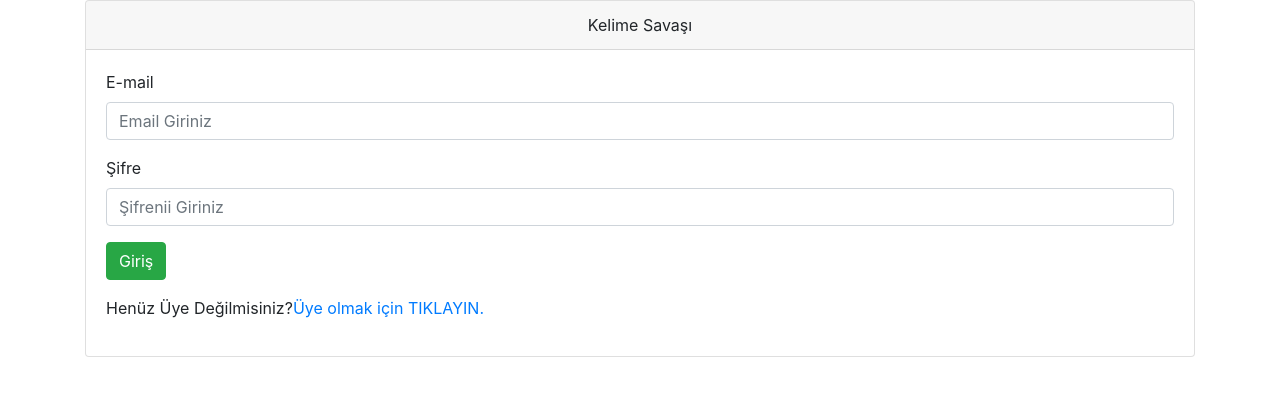
Repository: triapost/kelimeapp
Page: /login
An editor plug-in stored every save of this project. The page is shown before and after the next save, followed by the edit.
The browser window is 1280 px wide. The pictures show the whole page.
The project was rebuilt for these pictures with package versions that can differ from the ones it lists, and the page was loaded fresh each time. Also part of the build but not shown: src/pages/auth/Register.js, src/pages/home/Home.js.

Above is the page before, as saved 2020-09-15 22:30:57.

After the next save:
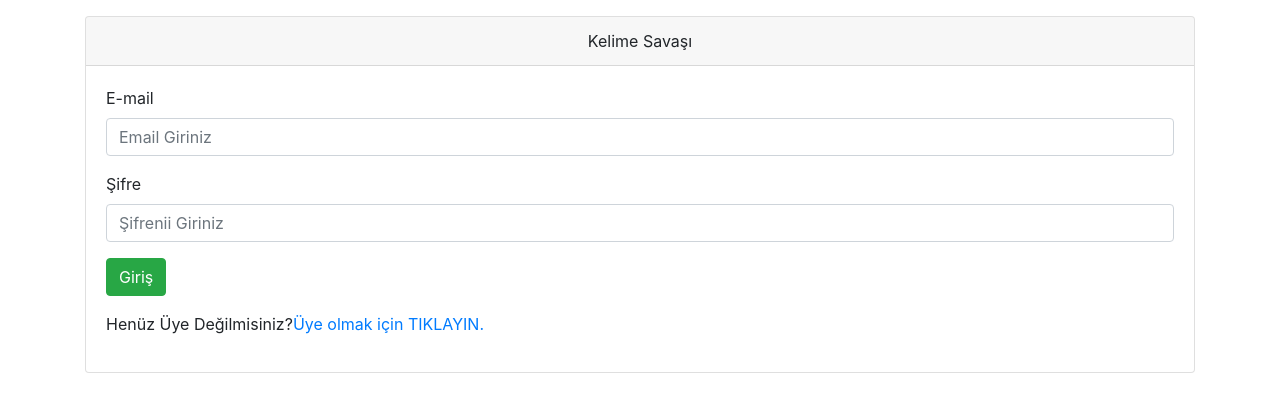
Saved 7 s later.
--- a/src/pages/auth/Login.js
+++ b/src/pages/auth/Login.js
@@ -4,7 +4,7 @@ import { Link } from "react-router-dom";
 const Login = () => {
   return (
     <div className="container">
-      <div className="card mt-10 ">
+      <div className="card mt-3 ">
         <div className="card-header text-center">Kelime Savaşı</div>
         <div className="card-body">
           <form>
